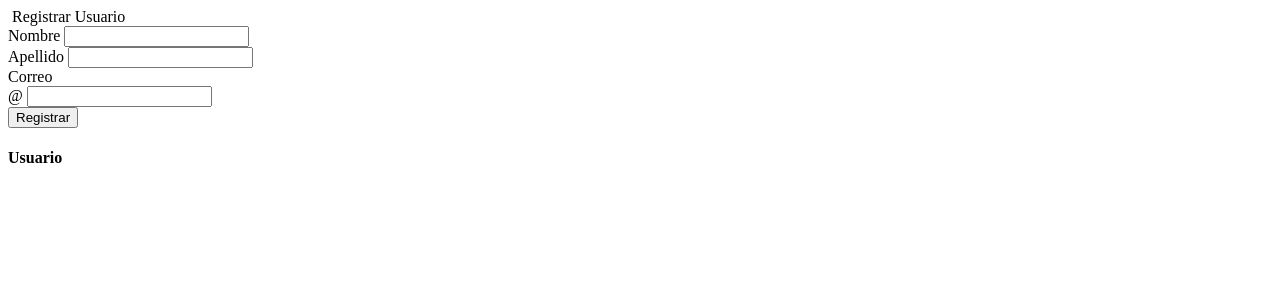
Repository: androla10/ProyectoCibert5to
Page: http://localhost/GDI/Admin/Admin.jsp
These files come from the project's save history. The page is drawn as it stood at one moment and after the next save; the edit follows.
The browser window is 1280 px wide. The pictures show the whole page.
The page is served by Tomcat 9. Nobody is signed in. The application's start-up code is not run. Other server files are loaded and not shown.

Above is the page before, as saved 2016-04-22 19:44:12.

### GDI/src/main/webapp/Admin/Admin.jsp
<div class="container-fluid">
	</hr>
	<div class="panel-primary">
		<div class="panel-heading">
			<i class="fa fa-user fa-1x"></i>&nbsp;Registrar Usuario
		</div>
		<div class="panel-body">
			<form action="" id="formRegistroUsuario">
				<div class="row">
					<div class="col-xs-12 col-sm-12 col-md-6 col-lg-6">
						<div class="form-group">
							<label for="nombre">Nombre</label> <input type="text"
								class="form-control" name="usuario.nombre" id="Nombre" />
						</div>
						<div class="form-group">
							<label for="Apellido">Apellido</label> <input type="text"
								class="form-control" name="usuario.apellido" id="Apellido" />
						</div>
						<div class="form-group">
							<label for="Correo" class="control-label">Correo</label>
							<div class="input-group">
								<span class="input-group-addon">@</span> <input type="email"
									class="form-control" name="usuario.correo" id="Correo" />
							</div>
						</div>
						<button type="submit" class="btn btn-primary">Registrar</button>
					</div>
					<div class="col-xs-12 col-sm-12 col-sm-6 col-lg-6">
						<h4>Usuario</h4>
					</div>
				</div>
			</form>
		</div>
	</div>
</div>

After the next save:
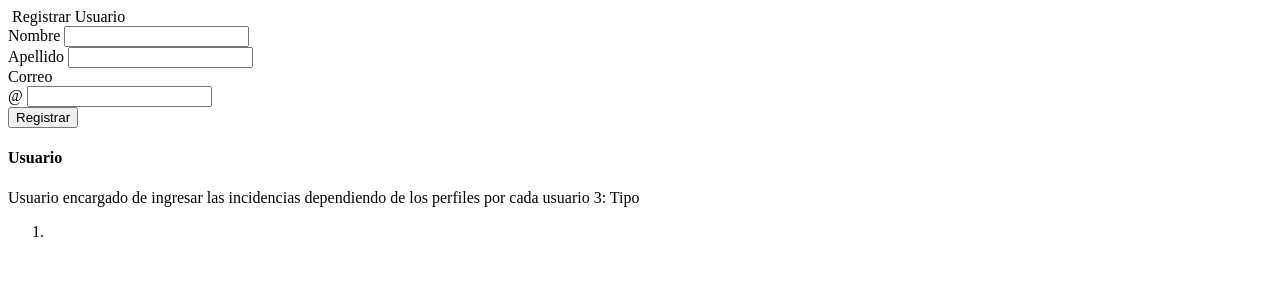
Saved 106 s later.
--- a/GDI/src/main/webapp/Admin/Admin.jsp
+++ b/GDI/src/main/webapp/Admin/Admin.jsp
@@ -27,6 +27,13 @@
 					</div>
 					<div class="col-xs-12 col-sm-12 col-sm-6 col-lg-6">
 						<h4>Usuario</h4>
+						<p>Usuario encargado de ingresar las incidencias dependiendo de los perfiles por cada usuario
+						3: Tipo
+							<ol>
+								<li></li>
+							</ol>
+
+						</p>
 					</div>
 				</div>
 			</form>
